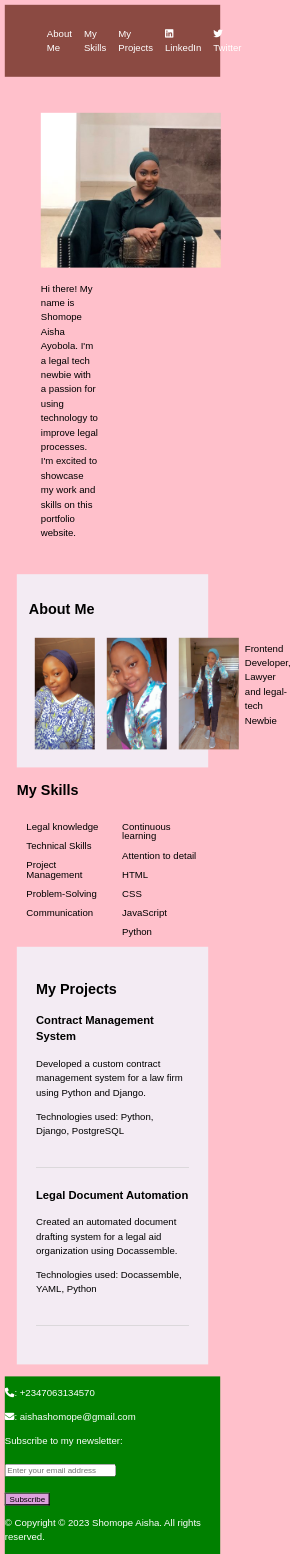
Repository: Iyewande/AishasPortfolio
Page: Index.html
An editor plug-in stored every save of this project. The page is shown before and after the next save, followed by the edit.
The browser window is 375 px wide. The page is 485 px wide, so the pictures cover 485 px, including what lies to the right of the window. The pictures show the whole page, at 60% of full size.
Some web libraries are served in a nearby version.

Above is the page before, as saved 2023-05-04 23:43:28.

After the next save:
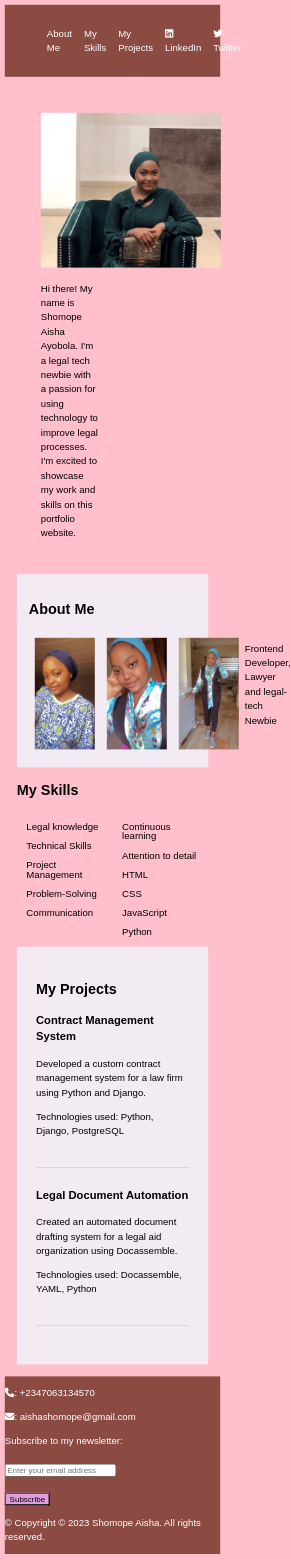
Saved 35 s later.
--- a/Style.css
+++ b/Style.css
@@ -254,7 +254,7 @@ h3{
   #footer{
     display: flex;
     flex-direction: column;
-    background-color:green
+    background-color:skyblue
   }
 }
 
@@ -280,4 +280,9 @@ h3{
     display: flex;
     flex-direction: column;
   }
-}
+  #footer{
+    display: flex;
+    flex-direction: column;
+    background-color:rgb(139, 74, 66)
+  }
+}
